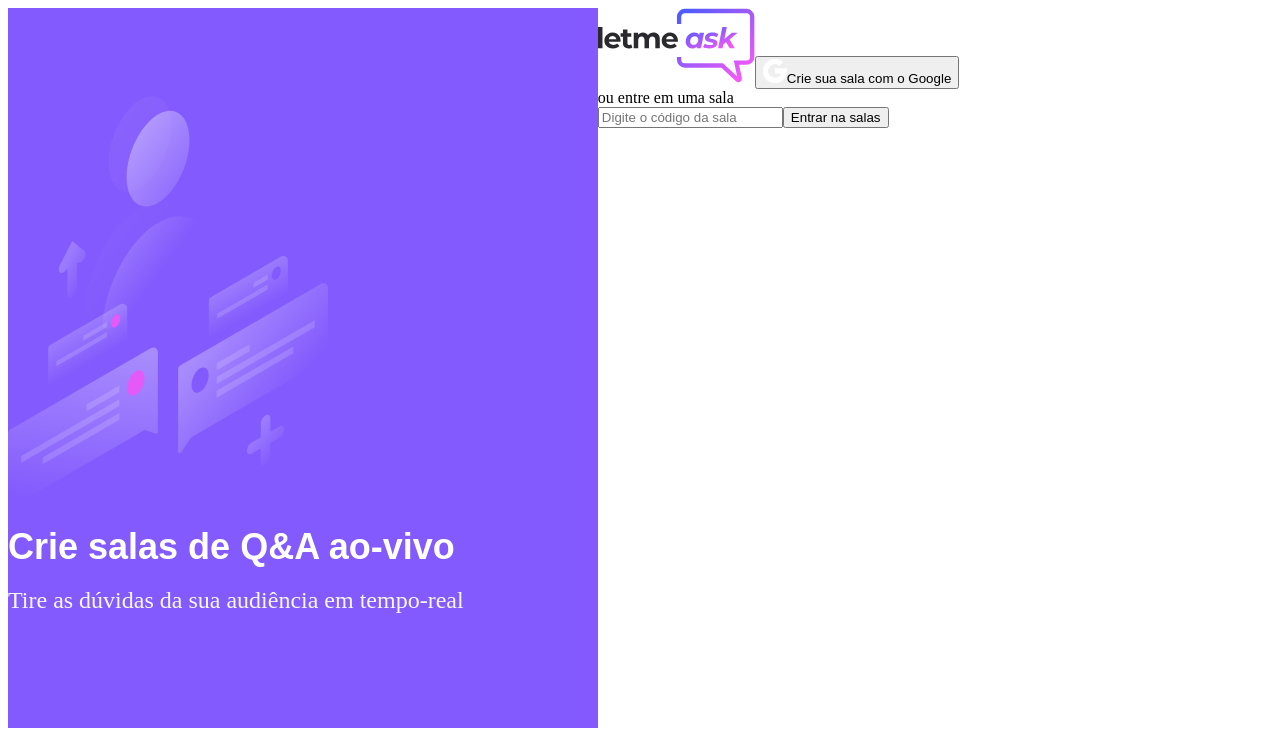
Repository: wiltongustavo/letmeask-web
Page: /
An editor plug-in stored every save of this project. The page is shown before and after the next save, followed by the edit.
The browser window is 1280 px wide. The pictures show the whole page.
The project was rebuilt for these pictures with package versions that can differ from the ones it lists, and the page was loaded fresh each time.

Above is the page before, as saved 2021-06-22 15:19:38.

After the next save:
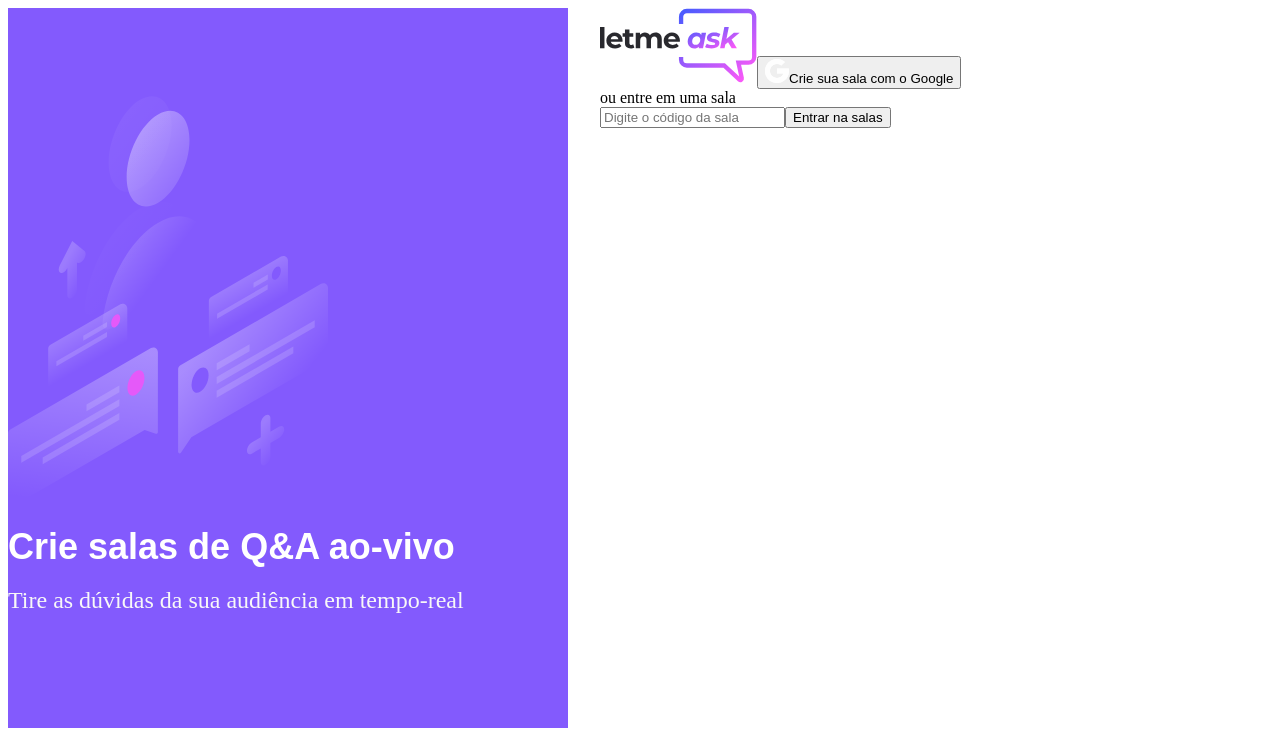
Saved 87 s later.
--- a/src/styles/auth.scss
+++ b/src/styles/auth.scss
@@ -34,5 +34,7 @@
 
     main{
         flex:8;
+
+        padding:  0 32px;
     }
 }
